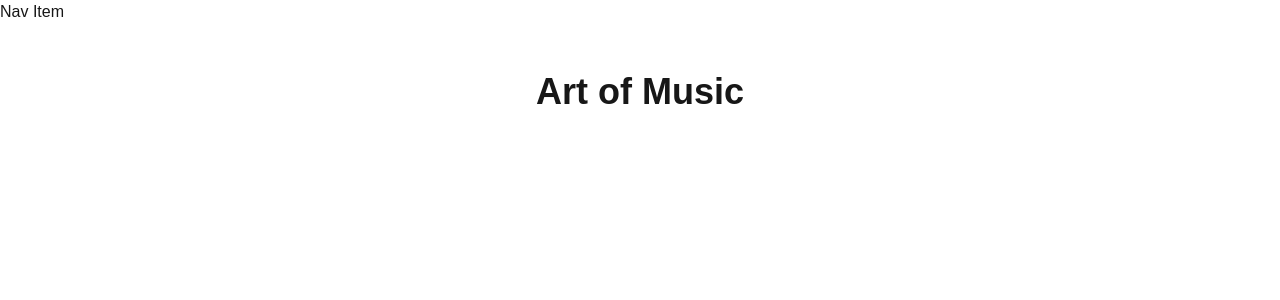
Repository: Strong02coder/Art_of_Music-Next.Js-
Page: /
An editor plug-in stored every save of this project. The page is shown before and after the next save, followed by the edit.
The browser window is 1280 px wide. The pictures show the whole page.
The project was rebuilt for these pictures with package versions that can differ from the ones it lists, and the page was loaded fresh each time. The framework's server and built-in components were replaced by stand-ins that run in the browser. Also part of the build but not shown: next.config.ts.

Above is the page before, as saved 2025-01-28 19:27:00.

### src/app/layout.tsx
import type { Metadata } from "next";
import { Geist, Geist_Mono } from "next/font/google";
import "./globals.css";

const geistSans = Geist({
  variable: "--font-geist-sans",
  subsets: ["latin"],
});

const geistMono = Geist_Mono({
  variable: "--font-geist-mono",
  subsets: ["latin"],
});

export const metadata: Metadata = {
  title: "Create Next App",
  description: "Generated by create next app",
};

export default function RootLayout({
  children,
}: Readonly<{
  children: React.ReactNode;
}>) {
  return (
    <html lang="en">
      <body className={`${geistSans.variable} ${geistMono.variable} antialiased`}>
				<h1 className="text-">Nav Item</h1>
        {children}
      </body>
    </html>
  );
}

### src/app/page.tsx


export default function Home() {
  return (
		<h1 className="text-4xl font-bold text-center mt-12">
			Art of Music
		</h1>
  );
}

Loaded but not shown: src/app/globals.css (common file); tailwind.config.ts (common file)

After the next save:
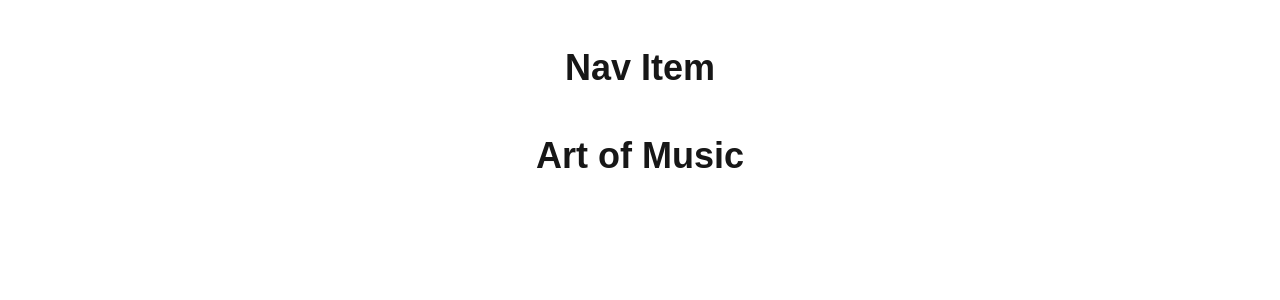
Saved 12 s later.
--- a/src/app/layout.tsx
+++ b/src/app/layout.tsx
@@ -25,7 +25,7 @@
   return (
     <html lang="en">
       <body className={`${geistSans.variable} ${geistMono.variable} antialiased`}>
-				<h1 className="text-">Nav Item</h1>
+				<h1 className="text-4xl font-bold text-center mt-12">Nav Item</h1>
         {children}
       </body>
     </html>
